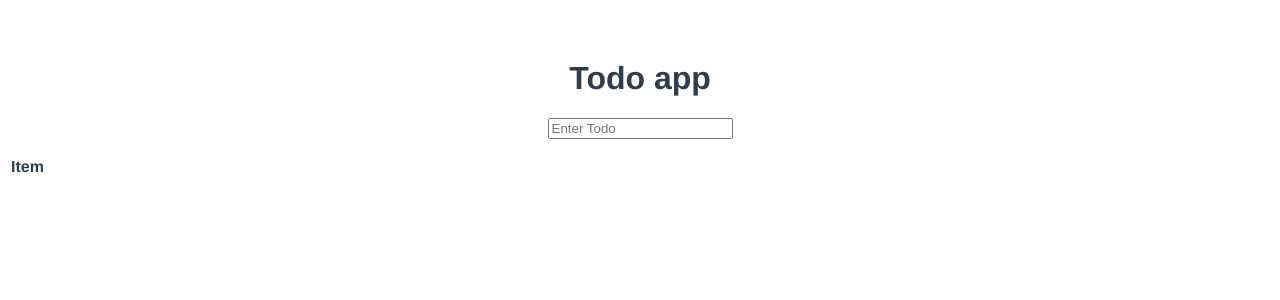
Repository: fgitpush/todoVue
Page: /
The author's editor kept a copy of each file at every save. The page is drawn from the files as they stood at one save, then again after the next save.
The browser window is 1280 px wide. The pictures show the whole page.
The project was rebuilt for these pictures with package versions that can differ from the ones it lists, and the page was loaded fresh each time.

Above is the page before, as saved 2019-12-27 23:09:15.

### src/App.vue
<template>
  <div id="app">
    <HelloWorld msg="Todo app"/>
  </div>
</template>

<script>
import HelloWorld from './components/HelloWorld.vue'

export default {
  name: 'app',
  components: {
    HelloWorld
  }
}
</script>

<style>
#app {
  font-family: 'Avenir', Helvetica, Arial, sans-serif;
  -webkit-font-smoothing: antialiased;
  -moz-osx-font-smoothing: grayscale;
  text-align: center;
  color: #2c3e50;
  margin-top: 60px;
}
</style>

### src/components/HelloWorld.vue
<template>
  <div class="hello">
    <h1>{{ msg }}</h1>
    <input v-model="something" @keydown.enter="submitTodo" type="text" placeholder="Enter Todo">
    <ul>
      <table>
      <tr>
        <th>Item</th>
      <!--  <th>ID</th>-->
      </tr>
      <li v-for="(item, i) in todos" :key="i" style="display:block">
        <tr>
            <td><span id="item">{{ item.todo }}</span></td>
            <!--<td><span id="item">{{ i+1 }}</span></td> -->
        </tr>
      </li>
      </table>
    </ul>
  </div>
</template>

<script>
export default {
  name: 'HelloWorld',
  data: function () {
    return {
      something:"",
      todos: []
    }
  },
  props: {
    msg: String,
  },
  methods:{
    init(){
      this.loadTodo()
    },
    submitTodo()
    {
      localStorage.setItem(this.something, this.something)
      this.todos.push({ todo: this.something})
      this.something = ''
    },
    loadTodo()
    {
      for (var i = 0; i < localStorage.length; i++){
         this.todos.push({ todo: localStorage.getItem(localStorage.key(i))})
         //this.todos.push({ id: i});
      }
    }
  },
   mounted(){
    this.init()
  }
}
</script>

<style scoped>
h3 {
  margin: 40px 0 0;
}
ul {
  list-style-type: none;
  padding: 0;
}
li {
  display: inline-block;
  margin: 0 10px;
}
a {
  color: #42b983;
}
</style>

Loaded but not shown: public/index.html (common file); src/main.js (common file)

After the next save:
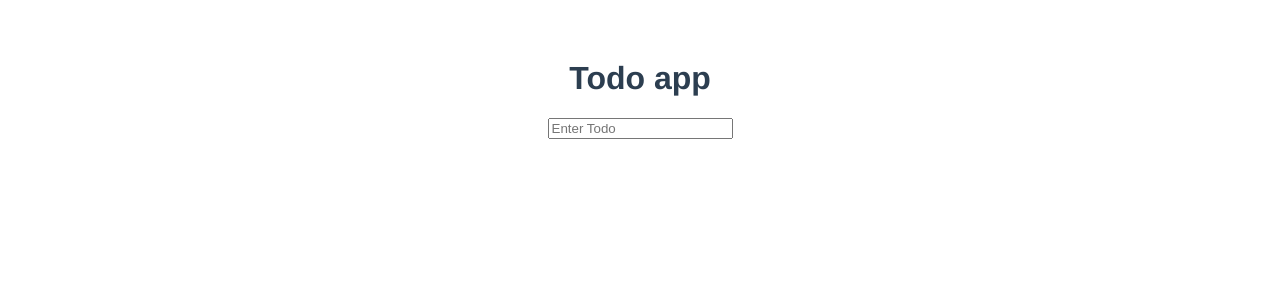
Saved 61 s later.
--- a/src/components/HelloWorld.vue
+++ b/src/components/HelloWorld.vue
@@ -5,11 +5,12 @@
     <ul>
       <table>
       <tr>
-        <th>Item</th>
       <!--  <th>ID</th>-->
       </tr>
       <li v-for="(item, i) in todos" :key="i" style="display:block">
         <tr>
+            <td><span id="item">{{ item.todo }}</span></td> |
+            <td><span id="item">{{ item.todo }}</span></td> |
             <td><span id="item">{{ item.todo }}</span></td>
             <!--<td><span id="item">{{ i+1 }}</span></td> -->
         </tr>
